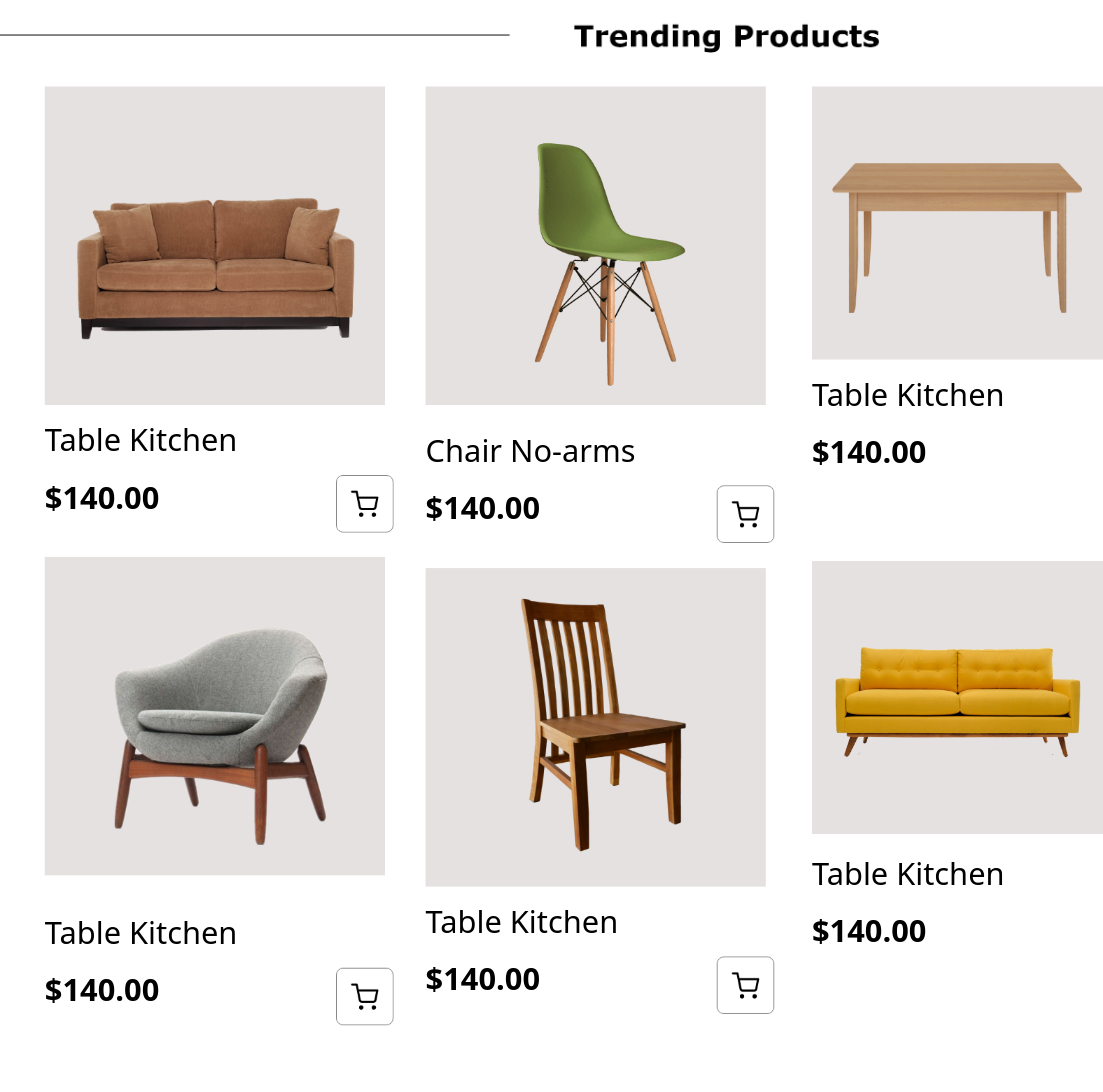
Repository: MEROO1010/creative_home
Page: /
An editor plug-in stored every save of this project. The page is shown before and after the next save, followed by the edit.
The browser window is 1280 px wide. The page is 1576 px wide, so the pictures cover 1576 px, including what lies to the right of the window. The pictures show the part of the page from y = 2902 to 4462 px (the page is 4462 px tall), at 70% of full size.
The project was rebuilt for these pictures with package versions that can differ from the ones it lists, and the page was loaded fresh each time. The framework's server and built-in components were replaced by stand-ins that run in the browser. Also part of the build but not shown: next.config.js.

Above is the page before, as saved 2022-12-15 09:02:49.

After the next save:
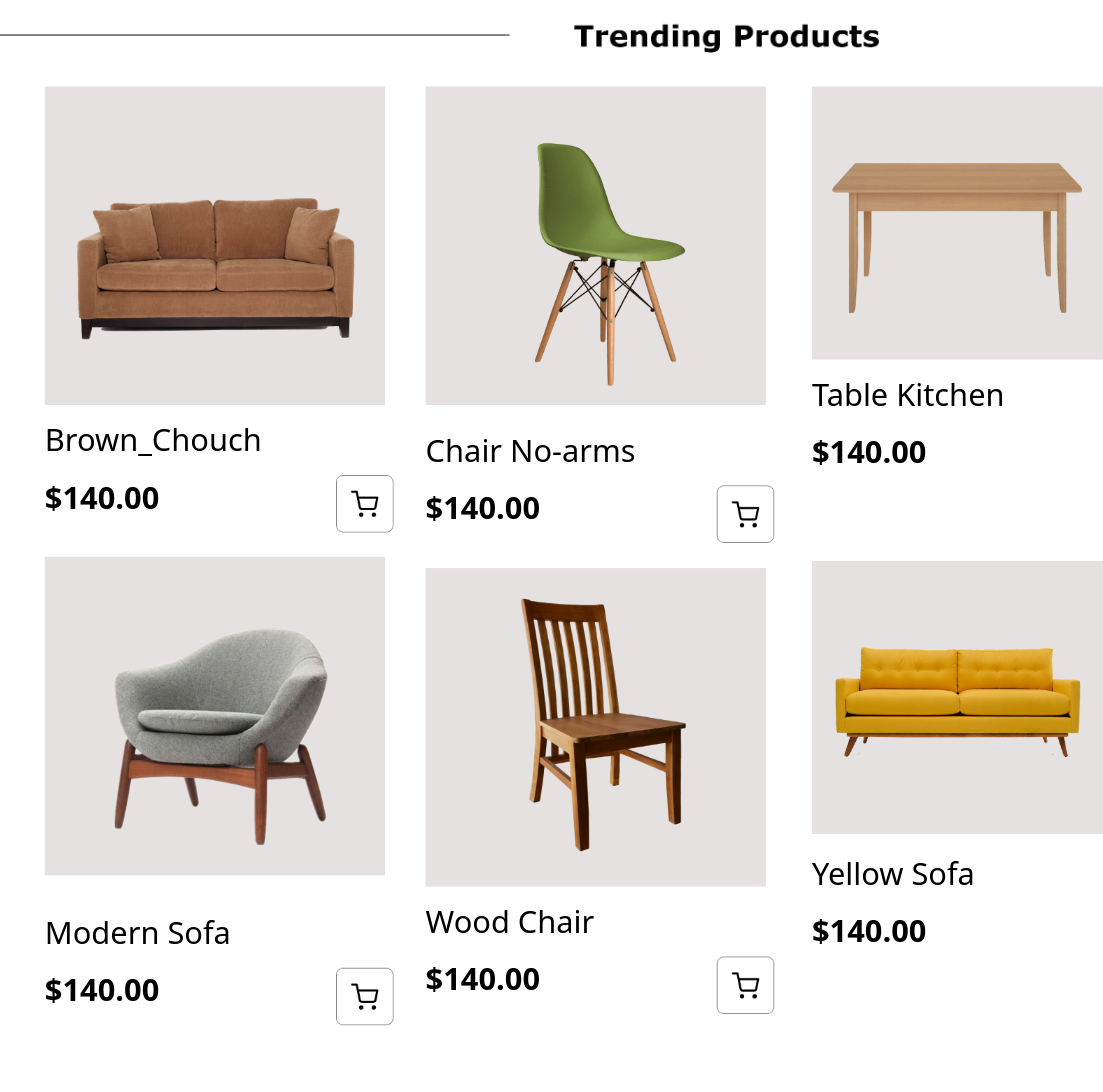
Saved 97 s later.
--- a/components/TrendingProducts.tsx
+++ b/components/TrendingProducts.tsx
@@ -42,7 +42,7 @@ const TrendingProducts = () => {
       <div className='absolute ml-4 mt-12 pl-2  left-70'>
        <div className='ml-10   '>
        <Image src={brownSofa} alt=''/>
-       <h1 className='text-[44px]  mt-4  font-verdana'>Table Kitchen</h1>
+       <h1 className='text-[44px]  mt-4  font-verdana'>Brown_Chouch</h1>
        <h1 className='text-[44px]  mt-4  font-verdana font-bold'>$140.00</h1>
        <button className=' relative ml-80 my-4  pl-24 bottom-20 '><Image src={Shopping} alt=''/> </button>
        </div>
@@ -52,7 +52,7 @@ const TrendingProducts = () => {
      <div className=' absolute ml-80 mt-60 pl-80 pt-40   left-80'>
        <div className='ml-36 pl-14 mt-80 '>
        <Image src={yellowsofa} alt=''/>
-       <h1 className='text-[44px]  mt-4  font-verdana'>Table Kitchen</h1>
+       <h1 className='text-[44px]  mt-4  font-verdana'>Yellow Sofa</h1>
        <h1 className='text-[44px]  mt-4  font-verdana font-bold'>$140.00</h1>
        <button className=' relative ml-80 my-4  pl-24 bottom-20 '><Image src={Shopping} alt=''/> </button>
        </div>
@@ -62,7 +62,7 @@ const TrendingProducts = () => {
      <div className=' absolute ml-28 mt-80 pl-10 pt-24  left-20'>
        <div className='ml-80 pl-14 pt-80 '>
        <Image src={woodchair} alt=''/>
-       <h1 className='text-[44px]  mt-4  font-verdana'>Table Kitchen</h1>
+       <h1 className='text-[44px]  mt-4  font-verdana'>Wood Chair</h1>
        <h1 className='text-[44px]  mt-4  font-verdana font-bold'>$140.00</h1>
        <button className=' relative ml-80 my-4  pl-24 bottom-20 '><Image src={Shopping} alt=''/> </button>
        </div>
@@ -72,7 +72,7 @@ const TrendingProducts = () => {
      <div className=' absolute ml-4 mt-80 pl-2  left-70'>
        <div className='ml-10 mt-80 pt-20 '>
        <Image src={modrenchair} alt=''/>
-       <h1 className='text-[44px]  mt-4  font-verdana'>Table Kitchen</h1>
+       <h1 className='text-[44px]  mt-4  font-verdana'>Modern Sofa</h1>
        <h1 className='text-[44px]  mt-4  font-verdana font-bold'>$140.00</h1>
        <button className=' relative ml-80 my-4  pl-24 bottom-20 '><Image src={Shopping} alt=''/> </button>
        </div>
